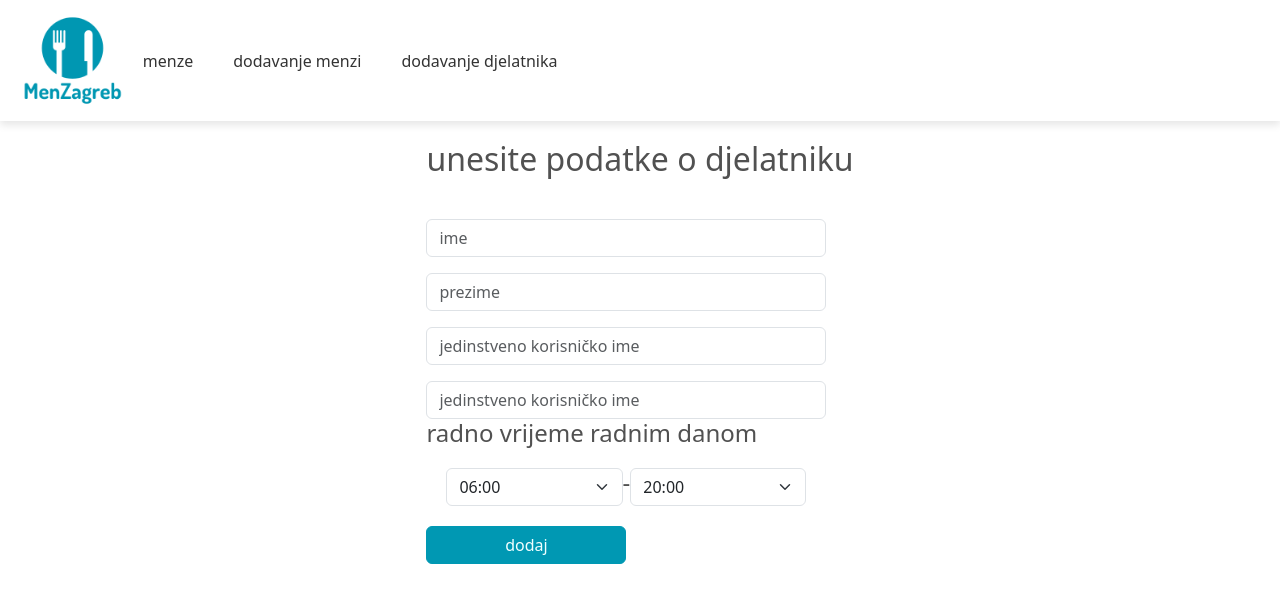
Repository: MENZG/menZg
Page: /admin/dodajDjelatnika (app in IzvorniKod/)
The author's editor kept a copy of each file at every save. The page is drawn from the files as they stood at one save, then again after the next save.
The browser window is 1280 px wide. The pictures show the whole page.
The project was rebuilt for these pictures with package versions that can differ from the ones it lists, and the page was loaded fresh each time. Also part of the build but not shown: IzvorniKod/vite.config.ts, IzvorniKod/src/Components/LoginForm.tsx, IzvorniKod/src/Components/AdminLogin.tsx, IzvorniKod/src/Components/EmployeeLogin.tsx, IzvorniKod/src/Components/NavBar.tsx, IzvorniKod/src/Components/ListaMenza.tsx, IzvorniKod/src/Components/Profil.tsx, IzvorniKod/src/Components/AddMenza.tsx and 5 more.

Above is the page before, as saved 2024-11-06 20:33:22.

### IzvorniKod/index.html
<!DOCTYPE html>
<html lang="en">
  <head>
    <meta charset="UTF-8" />
    <meta name="viewport" content="width=device-width, initial-scale=1.0" />
    <link rel="preconnect" href="https://fonts.googleapis.com">
    <link rel="preconnect" href="https://fonts.gstatic.com" crossorigin>
    <link href="https://fonts.googleapis.com/css2?family=Poiret+One&display=swap" rel="stylesheet">
    <title>MenZG</title>
  </head>
  <body>
    <div id="root"></div>
    <script type="module" src="/src/main.tsx"></script>
  </body>
</html>

### IzvorniKod/src/App.tsx
import {
  BrowserRouter as Router,
  Routes,
  Route,
  Navigate,
} from "react-router-dom";

import LoginForm from "./Components/LoginForm.tsx";
import AdminLogin from "./Components/AdminLogin.tsx";
import "bootstrap/dist/css/bootstrap.min.css";
import EmployeeLogin from "./Components/EmployeeLogin.tsx";
import ListaMenza from "./Components/ListaMenza.tsx";
import Profil from "./Components/Profil.tsx";
import AddMenza from "./Components/AddMenza.tsx";
import AddEmployee from "./Components/AddEmployee.tsx";
import AddWorkingHours from "./Components/AddWorkingHours.tsx";
import AddMeals from "./Components/AddMeals.tsx";
import ListaMenzaAdmin from "./Components/ListaMenzaAdmin.tsx";
import ListaMenzaEmployee from "./Components/ListaMenzaEmployee.tsx";

function App() {
  return (
    <Router>
      <Routes>
        <Route path="/" element={<Navigate to="/login/student" />} />
        <Route path="/login" element={<Navigate to="/login/student" />} />
        <Route path="/login/student" element={<LoginForm />} />
        <Route path="/login/admin" element={<AdminLogin />} />
        <Route path="/login/employee" element={<EmployeeLogin />} />
        <Route path="/menze" element={<ListaMenza />} />
        <Route path="/profil" element={<Profil />} />
        <Route path="/admin/menze" element={<ListaMenzaAdmin />} />
        <Route path="/admin/dodajMenzu" element={<AddMenza />} />
        <Route path="/admin/dodajDjelatnika" element={<AddEmployee />} />
        <Route path="/djelatnik/menze" element={<ListaMenzaEmployee />} />
        <Route path="/djelatnik/dodajJelovnik" element={<AddMeals />} />
        <Route
          path="/djelatnik/dodajRadnoVrijeme"
          element={<AddWorkingHours />}
        />
      </Routes>
    </Router>
  );
}

export default App;

### IzvorniKod/src/Components/AddEmployee.tsx
import NavBarAdmin from "./NavBarAdmin";
import { Button, Form } from "react-bootstrap";

const AddEmployee = () => {
  return (
    <>
      <NavBarAdmin />
      <div className="dodaj-djelatnika-container">
        <h2 className="h2">unesite podatke o djelatniku</h2>
        <Form className="w-100" style={{ maxWidth: "400px" }}>
          <Form.Group className="mb-3">
            <Form.Control
              className="form-control"
              type="name"
              placeholder="ime"
            />
          </Form.Group>

          <Form.Group className="mb-3">
            <Form.Control
              className="form-control"
              type="last-name"
              placeholder="prezime"
            />
          </Form.Group>

          <Form.Group className="mb-3">
            <Form.Control
              className="form-control"
              type="text"
              placeholder="jedinstveno korisničko ime"
            />
          </Form.Group>

          <Form.Control
            className="form-control"
            type="text"
            placeholder="jedinstveno korisničko ime"
          />

          <h4 className="h4">radno vrijeme radnim danom</h4>
          <div className="select-container">
            <select className="form-select" aria-label="Default select example">
              <option selected>06:00</option>
              <option value="6">06:00</option>
              <option value="7">07:00</option>
              <option value="8">08:00</option>
              <option value="9">09:00</option>
              <option value="10">10:00</option>
              <option value="11">11:00</option>
              <option value="12">12:00</option>
              <option value="13">13:00</option>
              <option value="14">14:00</option>
              <option value="15">15:00</option>
              <option value="16">16:00</option>
              <option value="17">17:00</option>
              <option value="18">18:00</option>
              <option value="19">19:00</option>
              <option value="20">20:00</option>
              <option value="21">21:00</option>
              <option value="22">22:00</option>
              <option value="23">23:00</option>
            </select>
            <h4 className="h4"> - </h4>
            <select className="form-select" aria-label="Default select example">
              <option selected>20:00</option>
              <option value="6">06:00</option>
              <option value="7">07:00</option>
              <option value="8">08:00</option>
              <option value="9">09:00</option>
              <option value="10">10:00</option>
              <option value="11">11:00</option>
              <option value="12">12:00</option>
              <option value="13">13:00</option>
              <option value="14">14:00</option>
              <option value="15">15:00</option>
              <option value="16">16:00</option>
              <option value="17">17:00</option>
              <option value="18">18:00</option>
              <option value="19">19:00</option>
              <option value="20">20:00</option>
              <option value="21">21:00</option>
              <option value="22">22:00</option>
              <option value="23">23:00</option>
            </select>
          </div>

          <Button variant="primary" type="submit" className="w-50 mb-3">
            dodaj
          </Button>
        </Form>
      </div>
    </>
  );
};

export default AddEmployee;

### IzvorniKod/src/styles/ListaMenza.css
/*.card-container {
    display: grid;
    grid-template-columns: repeat(auto-fill, minmax(18rem, 1fr));
    gap: 1rem;
    padding: 1rem;
    justify-items: center;
    align-items: start;
    padding-top: 20vh;
  }*/

  .card-container {
    display: grid;
    grid-template-columns: repeat(3, 1fr); /* Maksimalno 3 stupca */
    gap: 1rem;
    padding: 1rem;
    justify-items: center;
    justify-content: center;
    align-items: start;
    padding-top: 20vh;
    max-width: 75vw; /* Održite ovu širinu za udaljenost od rubova */
    margin-left: auto; /* Centriranje pomoću automatskih margina */
    margin-right: auto;
  }

  /* Smanji na 2 stupca za srednje ekrane */
  @media (max-width: 768px) {
    .card-container {
      grid-template-columns: repeat(2, 1fr);
    }
  }

  /* Smanji na 1 stupac za male ekrane (mobitele) */
  @media (max-width: 480px) {
    .card-container {
      grid-template-columns: 1fr;
    }
  }

  .card {
    box-shadow: 0px 4px 8px rgba(0, 0, 0, 0.2);
    border-radius: 8px;
    transition: transform 0.3s ease;
  }

  .card:hover {
    transform: scale(1.05);
  }

  .card img {
    border-top-left-radius: 8px;
    border-top-right-radius: 8px;
    object-fit: cover;
    height: 25vh;
  }

  .btn-primary{
    background-color: #0098b3;
    color: azure;
    border-color: #0098b3;
  }

  .btn-primary:hover{
    background-color: #00758a;
    border-color: #00758a;
  }

  .button-container {
    text-align: center;
  }

### IzvorniKod/src/Components/NavBarAdmin.tsx
import "/src/styles/NavBar.css";
import { useNavigate } from "react-router-dom";
import { Button } from "react-bootstrap";

const NavBarAdmin = () => {
  const navigate = useNavigate();

  const handleOnClickMenze = () => {
    navigate("/admin/menze");
  };

  const handleOnClickAddMenza = () => {
    navigate("/admin/dodajMenzu");
  };

  const handleOnClickAddEmployee = () => {
    navigate("/admin/dodajDjelatnika");
  };
  return (
    <nav className="navbar navbar-expand-lg bg-body-tertiary navbar-bg">
      <div className="container-fluid">
        <img
          src="/src/public/MenZagreb.png"
          alt="logo slika"
          className="logo-img"
        ></img>
        <div className="nav-btn-container">
          <ul className="navbar-nav me-auto mb-2 mb-lg-0">
            <li className="nav-item">
              <Button className="nav-btn" onClick={handleOnClickMenze}>
                menze
              </Button>
            </li>
            <li className="nav-item">
              <Button className="nav-btn" onClick={handleOnClickAddMenza}>
                dodavanje menzi
              </Button>
            </li>
            <li className="nav-item">
              <Button className="nav-btn" onClick={handleOnClickAddEmployee}>
                dodavanje djelatnika
              </Button>
            </li>
          </ul>
        </div>
      </div>
    </nav>
  );
};

export default NavBarAdmin;

### IzvorniKod/src/styles/AddMenza.css
.dodaj-menzu-container{
    display: flex;
    flex-direction: column;
    align-items: center; /* Centers the children horizontally */
    justify-content: center; /* Centers the children vertically, if needed */
    text-align: center;
}

.h2{
    color: rgb(81, 81, 81);
    margin-bottom: 40px;
}
.h4{
    color: rgb(81, 81, 81);
}

body {
    display: flex;
    justify-content: center; /* Centers horizontally */
    align-items: center; /* Centers vertically */
    min-height: 100vh; /* Ensures the body takes the full height of the viewport */
    margin: 0; /* Removes default margin */
  }

.select-container{
    display: flex;
    flex-direction: row;
    margin: 20px;
}

### IzvorniKod/src/styles/NavBar.css
.logo-img {
    height: 14vh;
    margin: 0;
}

.nav-item .nav-btn {
    background: none; /* Ukloni pozadinu */
    border: none; /* Ukloni okvir */
    color: #333; /* Postavi osnovnu boju teksta */
    font-weight: normal; /* Postavi običan tekst bez boldovanja */
    cursor: pointer; /* Prikaz kursora kao pointer */
    padding: 0; /* Ukloni padding */
    text-decoration: none; /* Ukloni podvlačenje teksta */
    margin: 0 20px; /* Dodaj horizontalni razmak između dugmadi */
}

.nav-item .nav-btn:hover {
    color: #0098b3; /* Promeni boju teksta na hover */
    background: none;
}

.nav-btn-container {
    display: flex;
    justify-content: center;
    gap: 20px; /* Razmak između dugmadi */
    width: 100%; /* Proširi na celu širinu navigacije */
    align-items: center; /* Vertikalno centriraj dugmad */
}
.navbar-bg {
    background-color: white !important; /* Prisiljava belu pozadinu */
}
.navbar {
    position: fixed;
    top: 0;
    left: 0;
    width: 100%;
    z-index: 1000; /* Ensures the navbar stays on top of other elements */
    background-color: white; /* Ensures the navbar background stays visible */
    box-shadow: 0 4px 8px rgba(0, 0, 0, 0.1); /* Adds shadow */
    padding: 10px 10px;
}
.container-fluid{
    margin: 0;
}

Loaded but not shown: IzvorniKod/src/main.tsx (common file)

After the next save:
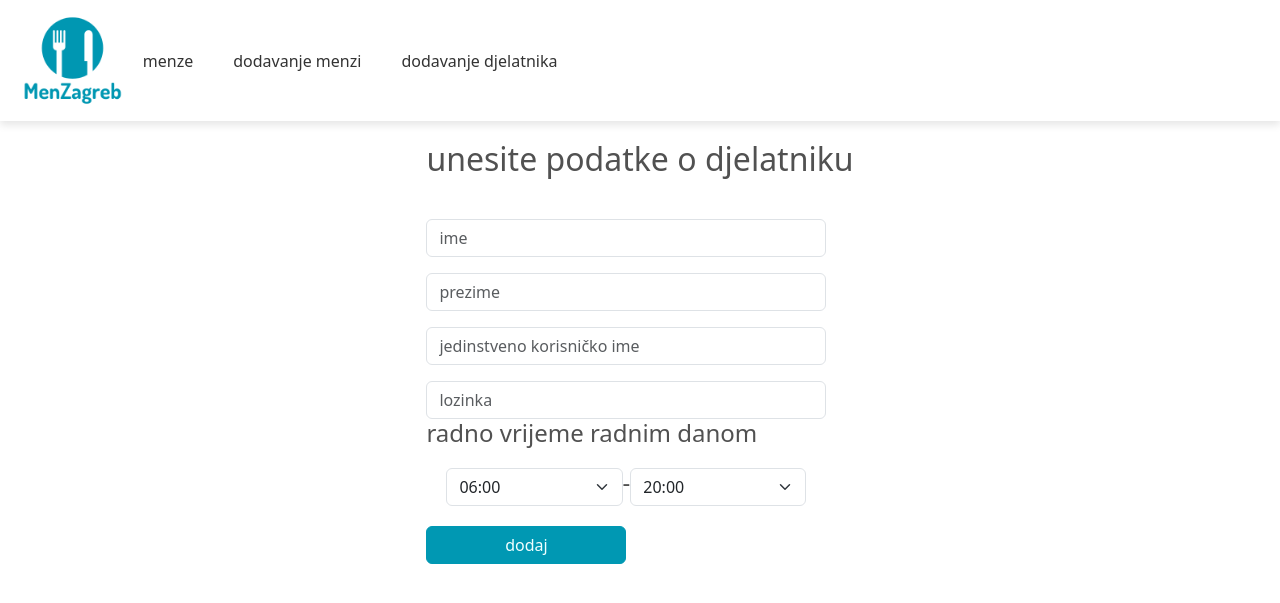
Saved 11 s later.
--- a/IzvorniKod/src/Components/AddEmployee.tsx
+++ b/IzvorniKod/src/Components/AddEmployee.tsx
@@ -35,7 +35,7 @@ const AddEmployee = () => {
           <Form.Control
             className="form-control"
             type="text"
-            placeholder="jedinstveno korisničko ime"
+            placeholder="lozinka"
           />
 
           <h4 className="h4">radno vrijeme radnim danom</h4>
